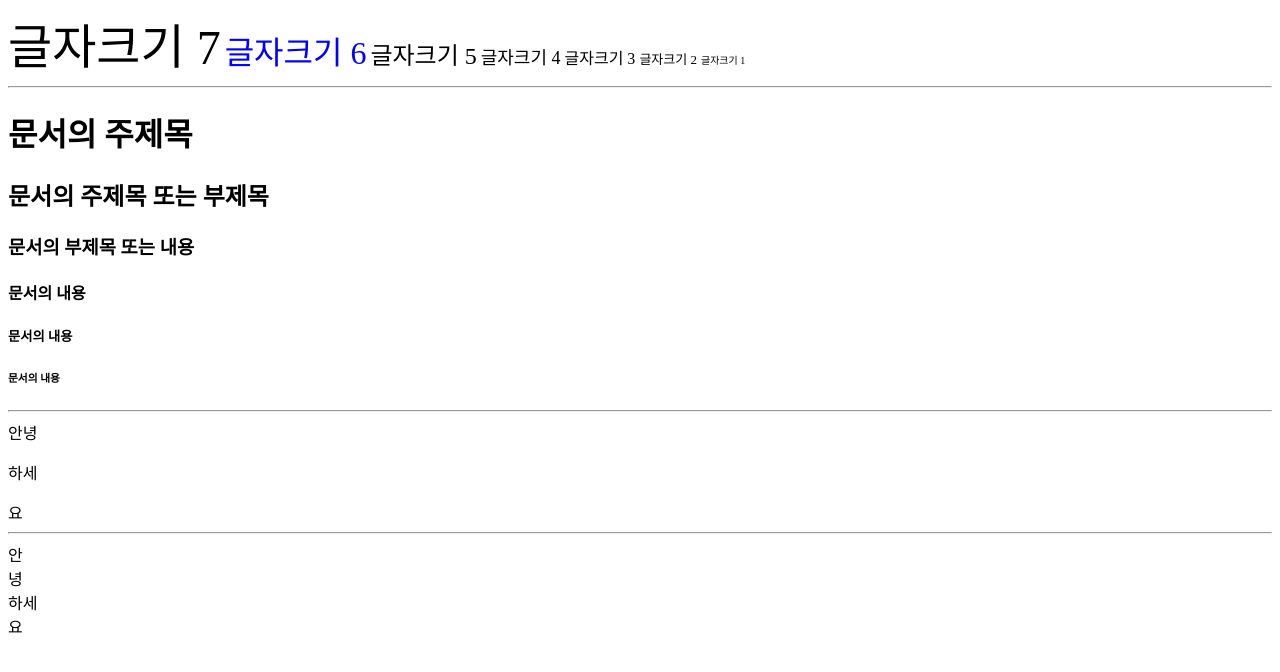
Repository: hui-Joo/html
Page: html/day01.html
The author's editor kept a copy of each file at every save. The page is drawn from the files as they stood at one save, then again after the next save.
The browser window is 1280 px wide. The pictures show the whole page.

Above is the page before, as saved 2021-10-04 05:04:41.

### html/day01.html
<!DOCTYPE html>
<html>
<head>
<meta charset="utf-8"> <!-- 이건 없어됨 꺽쇠 느낌표 바바가 주석임 -->
<title>Insert title here</title>
</head>
<!--
<body text="white" bgcolor="black">
-->
<body>

<font size="7">글자크기 7</font>
<font size="6" face="궁서체" color='blue'>글자크기 6</font>
<font size="5">글자크기 5</font>
<font size="4">글자크기 4</font>
<font size="3">글자크기 3</font>
<font size="2">글자크기 2</font>
<font size="1">글자크기 1</font>

<hr>

<h1>문서의 주제목</h1>
<h2>문서의 주제목 또는 부제목</h2>
<h3>문서의 부제목 또는 내용</h3>
<h4>문서의 내용</h4>
<h5>문서의 내용</h5>
<h6>문서의 내용</h6>

<hr>
	안녕
	<p>하세</p>
	요
<hr>
	안<br>녕<br>
	하세<br>
	요
<!--
	안녕하세요~
-->
</body>
</html>

After the next save:
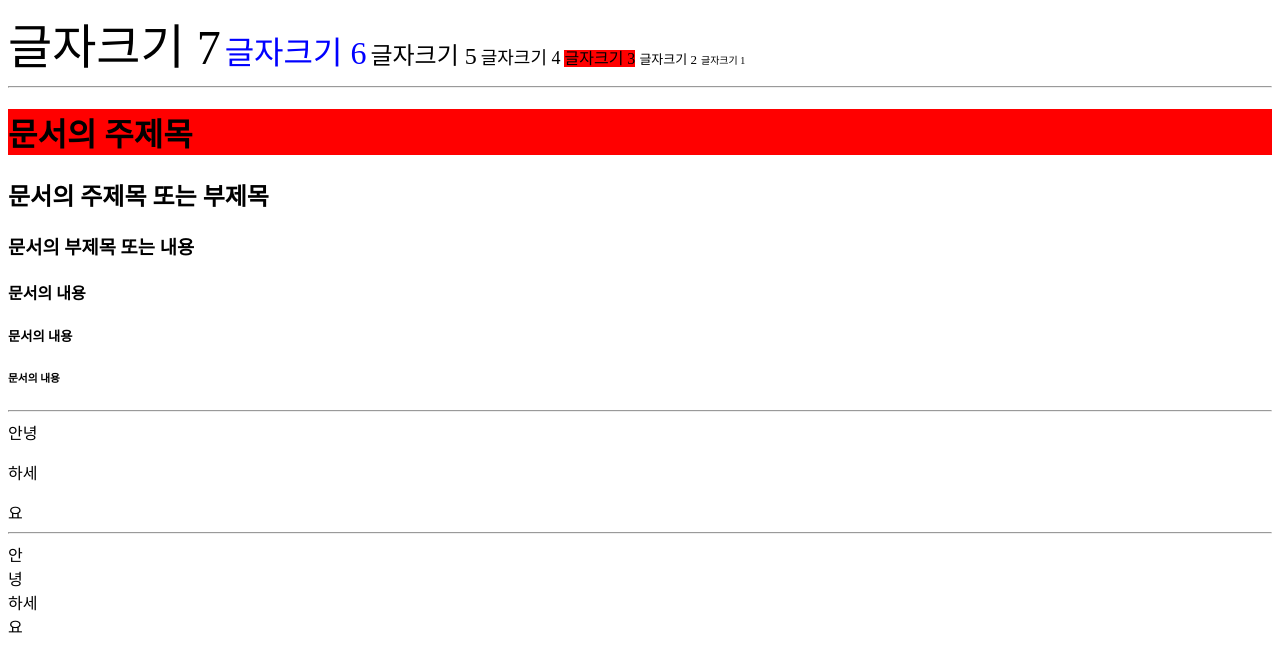
Saved 2 min 49 s later.
--- a/html/day01.html
+++ b/html/day01.html
@@ -13,13 +13,13 @@
 <font size="6" face="궁서체" color='blue'>글자크기 6</font>
 <font size="5">글자크기 5</font>
 <font size="4">글자크기 4</font>
-<font size="3">글자크기 3</font>
+<font size="3" style="background-color: red;">글자크기 3</font>
 <font size="2">글자크기 2</font>
 <font size="1">글자크기 1</font>
 
 <hr>
 
-<h1>문서의 주제목</h1>
+<h1 style="background-color: red;">문서의 주제목</h1>
 <h2>문서의 주제목 또는 부제목</h2>
 <h3>문서의 부제목 또는 내용</h3>
 <h4>문서의 내용</h4>
